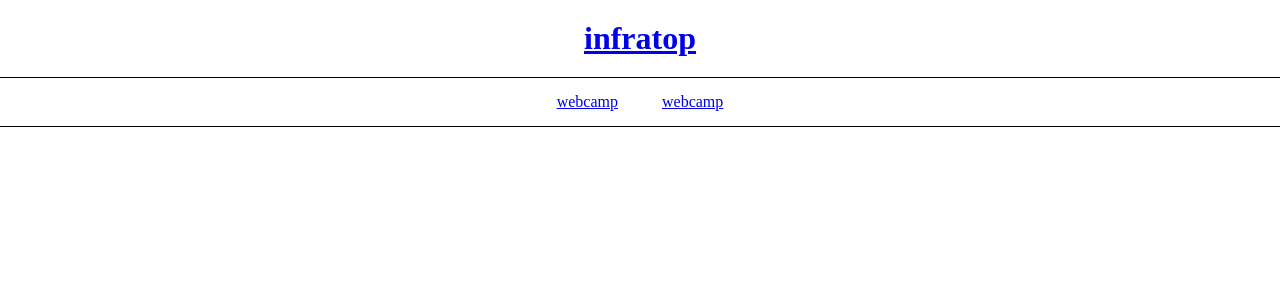
Repository: Y-takumi0/DMMwebcamp
Page: exercise/chapter5.html
The author's editor kept a record of every edit. The page is drawn from the files as they stood at one moment, then again after the next edit.
The browser window is 1280 px wide. The pictures show the whole page.

Above is the page before.

### exercise/chapter5.html
<!DOCTYPE html>
<!DOCTYPE html>
<html lang="ja">
  <head>
    <meta charset="UTF-8" />
    <link rel="stylesheet" href="chapter5.css" />
    <title>chapter5</title>
  </head>

  <body>
    <header>
      <h1 class="heading">
        <a href="chapter5.html">
          infratop
        </a>
      </h1>
    </header>

    <nav>
      <ul class="nav-list">
        <li class="nav-list-item">
          <a href="chapter5.html">webcamp</a>
        </li>
        <li class="nav-list-item">
          <a href="chapter5.html">webcamp</a>
        </li>
      </ul>
    </nav>
  </body>
</html>

### exercise/chapter5.css
* {
  margin: 0;
  padding: 0;
  box-sizing: border-box;
}

header {
  width: 90%;
  padding: 20px 0;
  margin: 0 auto;
  text-align: center;
}

header .header {
  font-size: 32px;
}

.nav-list {
  text-align: center;
  padding: 15px 0;
  margin: 0 auto;
  border-top: 1px solid black;
  border-bottom: 1px solid black;
}

.nav-list-item {
  list-style: none;
  display:  inline-block;
  margin: 0px 20px;
}

.main {
  width: 800px;
  margin: 50px auto;
  display: flex;
}

.square1 {
  width: 200px;
  height: 200px;
  background-color: #e6ffe9;
}

.square2 {
  width: 200px;
  height: 200px;
  background-color: #cbffd3;
}

.square3 {
  width: 200px;
  height: 200px;
  background-color: #aeffbd;
}

.square4 {
  width: 200px;
  height: 200px;
  background-color: #93ffab;
}

After the next edit:
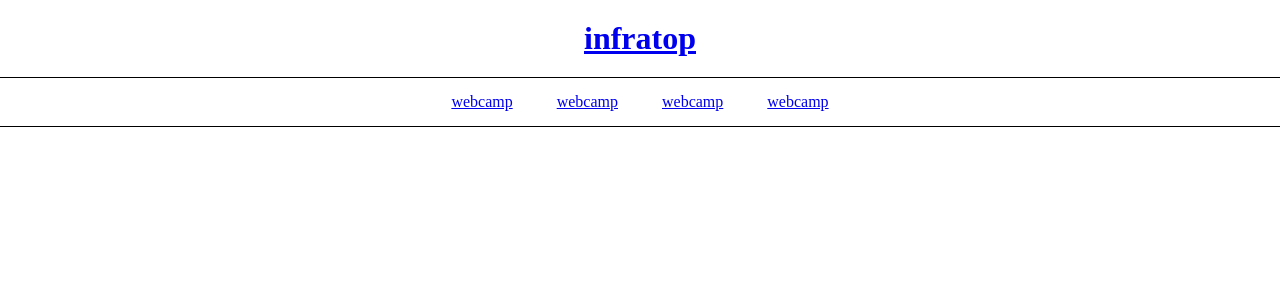
The edit:
--- a/exercise/chapter5.html
+++ b/exercise/chapter5.html
@@ -24,6 +24,12 @@
         <li class="nav-list-item">
           <a href="chapter5.html">webcamp</a>
         </li>
+        <li class="nav-list-item">
+          <a href="chapter5.html">webcamp</a>
+        </li>
+        <li class="nav-list-item">
+          <a href="chapter5.html">webcamp</a>
+        </li>
       </ul>
     </nav>
   </body>
